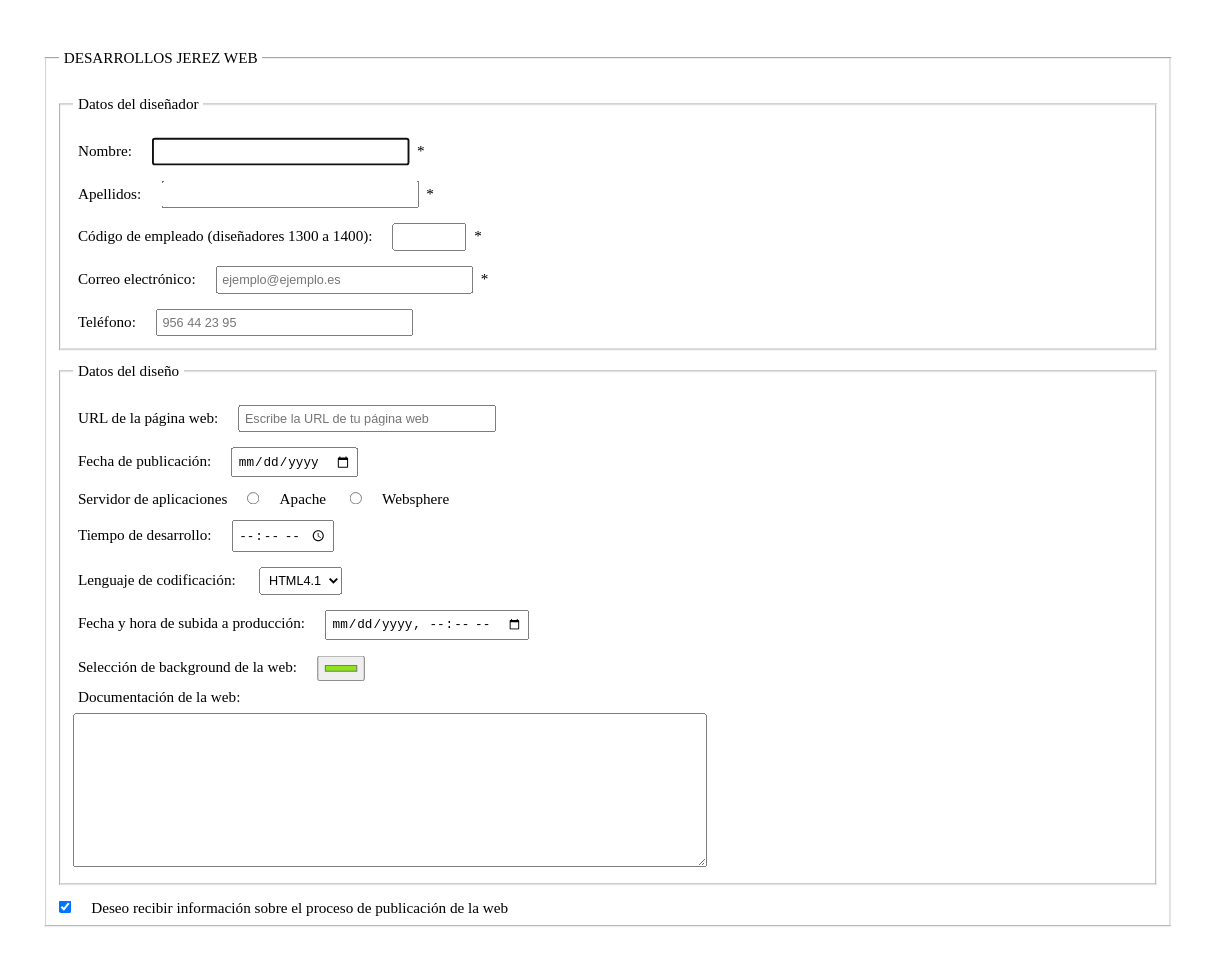
Repository: iSaan86/EV_Practica_FormularioCSS
Page: index.html
These files come from the project's save history. The page is drawn as it stood at one moment and after the next save; the edit follows.
The browser window is 1280 px wide. The pictures show the whole page, at 95% of full size.

Above is the page before, as saved 2024-01-11 17:17:52.

After the next save:
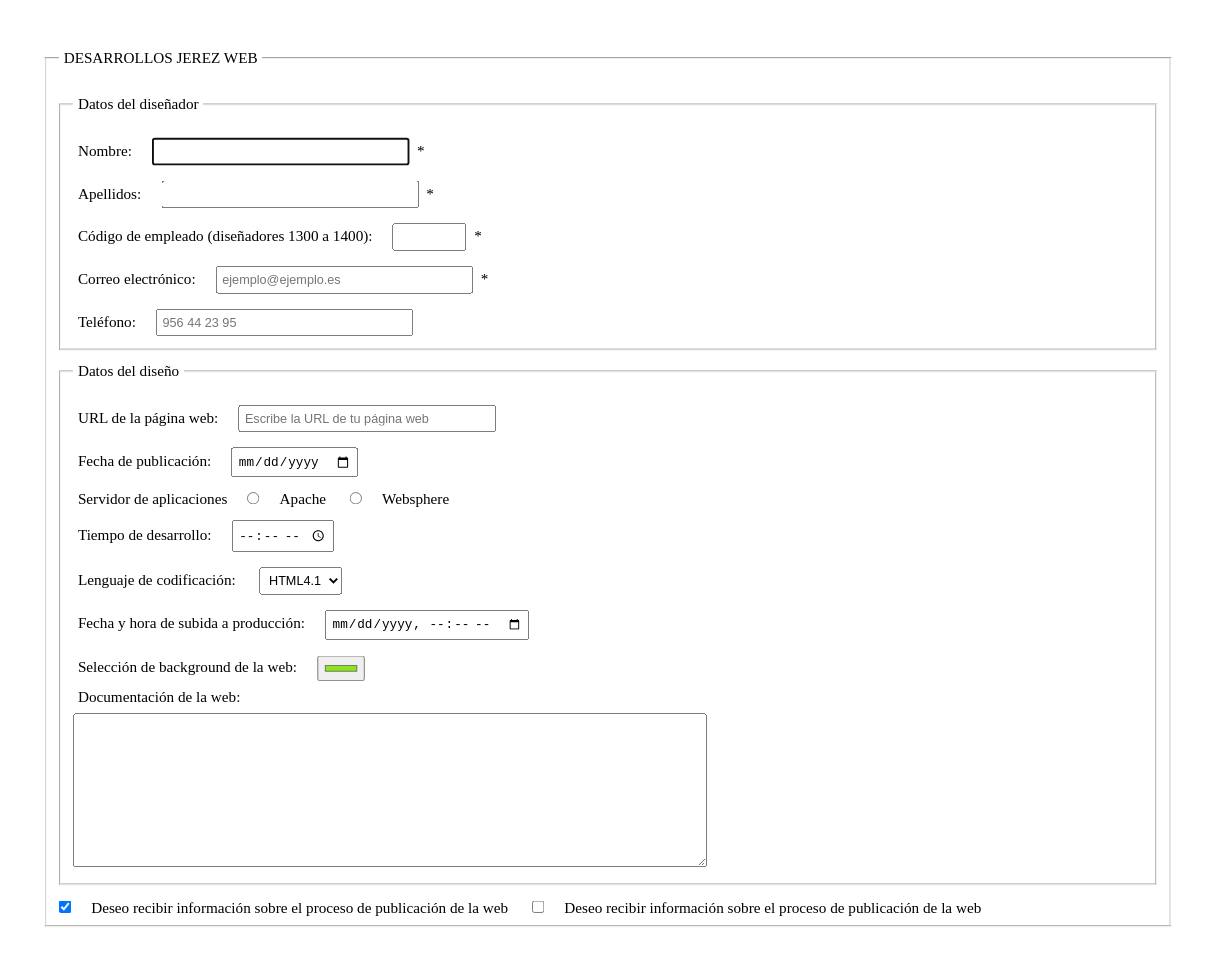
Saved 92 s later.
--- a/index.html
+++ b/index.html
@@ -42,8 +42,8 @@
                 <label for="areatexto">Documentación de la web:</label><br>
                 <textarea name="areatexto" cols="80" rows="10"></textarea>
             </fieldset>
-            <input type="checkbox" name="acepto1" id="acepto1" alt="Check acepto" checked><label for="acepto1">Deseo recibir información sobre el proceso de publicación de la web</label>
-
+            <input type="checkbox" name="acepto1" id="acepto1" alt="Check acepto recibir información" checked><label for="acepto1">Deseo recibir información sobre el proceso de publicación de la web</label>
+            <input type="checkbox" name="acepto2" id="acepto2" alt="Check acepto condiciones"><label for="acepto1">Deseo recibir información sobre el proceso de publicación de la web</label>
 
         </fieldset>
     </form>
